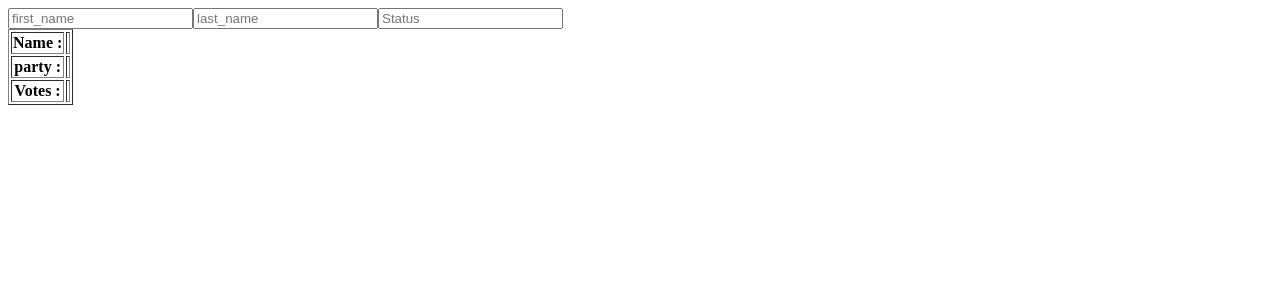
Repository: KD3-86718-yagywalky/Advance-java
Page: Assignment02/secondapp/src/main/webapp/newcandidate.html
The author's editor kept a copy of each file at every save. The page is drawn from the files as they stood at one save, then again after the next save.
The browser window is 1280 px wide. The pictures show the whole page.

Above is the page before, as saved 2024-12-03 14:08:47.

### Assignment02/secondapp/src/main/webapp/newcandidate.html
<!DOCTYPE html>
<html>
<head>
<meta charset="ISO-8859-1">
<link rel="stylesheet" href="index.css" />
<title>Insert title here</title>
</head>
<body>

<table border="1">
	<tr> <th>Name :</th> <input type="text" placeholder="first_name" /> <th></th></tr>
	<tr> <th>party :</th> <input type="text" placeholder="last_name" /> <th></th></tr>
	<tr> <th> Votes   :</th> <input type="number" placeholder="Status" /> <th></th></tr>


	</table>

</body>
</html>

### Assignment02/secondapp/src/main/webapp/index.css
@charset "ISO-8859-1";

h1 {
	background-color: black;
	color: white;
	border: solid;
	margin: 50px;
}

div {
	border: thick;
	border-color: #004080;
	height: 300px;
	width: 300px;

}

After the next save:
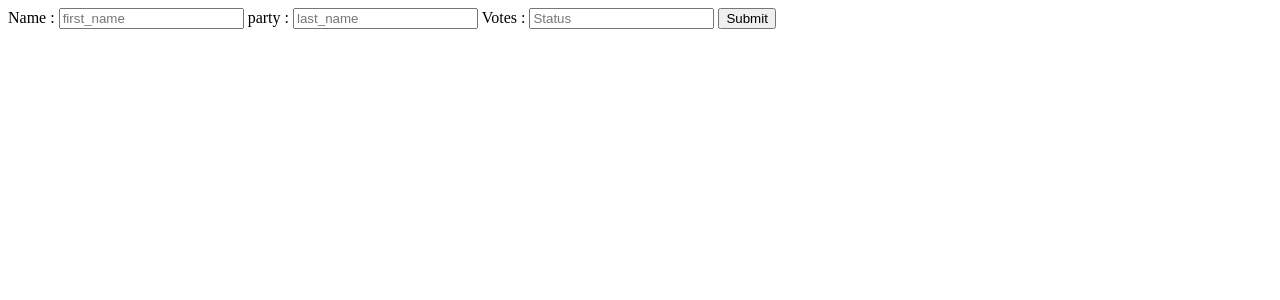
Saved 2 min 14 s later.
--- a/Assignment02/secondapp/src/main/webapp/newcandidate.html
+++ b/Assignment02/secondapp/src/main/webapp/newcandidate.html
@@ -7,6 +7,7 @@
 </head>
 <body>
 
+<form action="registrationcandidate" method="post>
 <table border="1">
 	<tr> <th>Name :</th> <input type="text" placeholder="first_name" /> <th></th></tr>
 	<tr> <th>party :</th> <input type="text" placeholder="last_name" /> <th></th></tr>
@@ -15,5 +16,8 @@
 
 	</table>
 
+	<input type="submit" value="Submit"/>
+	</form>
+
 </body>
 </html>
